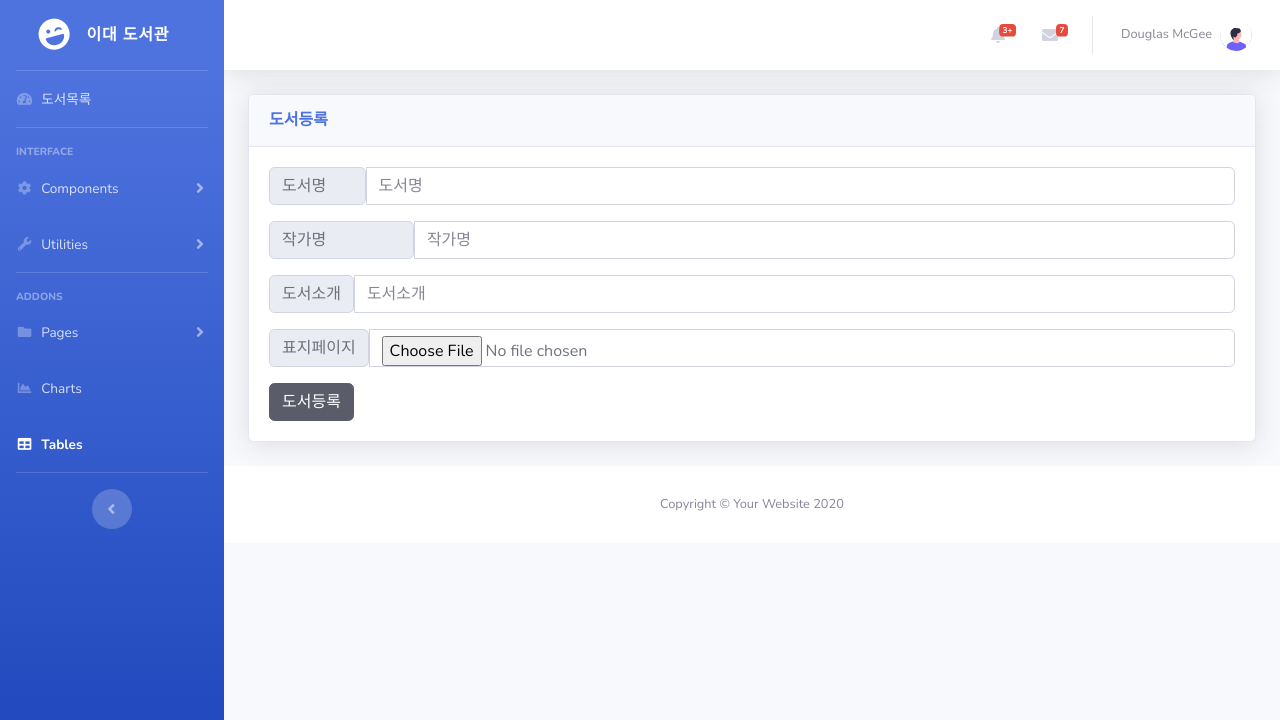
Repository: allely/spring
Page: http://localhost/jsp/book/reg.jsp
These files come from the project's save history. The page is drawn as it stood at one moment and after the next save; the edit follows.
The browser window is 1280 px wide. The pictures show the whole page.
The page is served by Tomcat 9. Other server files are loaded and not shown.

Above is the page before, as saved 2023-11-27 02:18:38.

### 2. 서블릿 & JSP/jsp/jsp/src/main/webapp/book/reg.jsp
<%@ page language="java" contentType="text/html; charset=UTF-8"
    pageEncoding="UTF-8"%>
<!DOCTYPE html>
<html>
<head>
<meta charset="UTF-8">
<title>Insert title here</title>
<style>
	.w-10{width: 10%}
	.w-15{width: 15%}
	.w-20{width: 20%}
</style>
</head>
<body>
<script type="text/javascript">
	window.onload = function(){
		// regBtn 요소에 이벤트를 추가한다. (아이디로 접근하는 방법)
		regBtn.addEventListener('click', function(){
			// form요소의 이름으로 접근하여 폼을 전송한다.(새로운 페이지 요청)
			regForm.submit();
		});
	}
</script>
	<!-- 도서 등록 화면 -->
	<%@include file="/header.jsp" %>

	<!-- 메인컨텐츠 영역 시작-->
	<div class="container-fluid">
			<div class="card shadow mb-4">

				<div class="card-header py-3">
					<h6 class="m-0 font-weight-bold text-primary">도서등록</h6>
				</div>

				<div class="card-body">
				<!-- 폼등록 -->
				<form action="/book/bookRegProcess" name="regForm" method="post">
					<div class="input-group mb-3">
						<span class="w-10 input-group-text" id="basic-addon1">도서명</span>
						<input type="text" class="form-control" placeholder="도서명" name="title" aria-label="Username" aria-describedby="basic-addon1">
					</div>

					<div class="input-group mb-3">
						<span class="w-15 input-group-text" id="basic-addon1">작가명</span>
						<input type="text" class="form-control" placeholder="작가명" name="author" aria-label="Username" aria-describedby="basic-addon1">
					</div>

					<div class="input-group mb-3">
						<span class="w- 20 input-group-text" id="basic-addon1">도서소개</span>
						<input type="text" class="form-control" placeholder="도서소개" name="content" aria-label="Username" aria-describedby="basic-addon1">
					</div>

					<div class="input-group mb-3">
						<span class="input-group-text" id="basic-addon1">표지페이지</span>
						 <input type="file" class="form-control" id="inputGroupFile01" name="imgFile">
					</div>

					<button type="button" class="btn btn-dark" id="regBtn">도서등록</button>
				</form>
				</div>

			</div>
	</div>
	<%@include file="/footer.jsp" %>
</body>
</html>

### 2. 서블릿 & JSP/jsp/jsp/src/main/webapp/header.jsp
<%@ page language="java" contentType="text/html; charset=UTF-8"
	pageEncoding="UTF-8"%>
<!DOCTYPE html>
<html>
<head>

<meta charset="utf-8">
<meta http-equiv="X-UA-Compatible" content="IE=edge">
<meta name="viewport"
	content="width=device-width, initial-scale=1, shrink-to-fit=no">
<meta name="description" content="">
<meta name="author" content="">

<title>SB Admin 2 - Tables</title>

<!-- Custom fonts for this template -->
<link href="../vendor/fontawesome-free/css/all.min.css" rel="stylesheet"
	type="text/css">
<link
	href="https://fonts.googleapis.com/css?family=Nunito:200,200i,300,300i,400,400i,600,600i,700,700i,800,800i,900,900i"
	rel="stylesheet">

<!-- Custom styles for this template -->
<link href="/css/sb-admin-2.min.css" rel="stylesheet">

<!-- Custom styles for this page -->
<link href="/vendor/datatables/dataTables.bootstrap4.min.css"
	rel="stylesheet">

</head>

<body id="page-top">

	<!-- Page Wrapper -->
	<div id="wrapper">

		<!-- Sidebar -->
		<ul
			class="navbar-nav bg-gradient-primary sidebar sidebar-dark accordion"
			id="accordionSidebar">

			<!-- Sidebar - Brand -->
			<a
				class="sidebar-brand d-flex align-items-center justify-content-center"
				href="index.html">
				<div class="sidebar-brand-icon rotate-n-15">
					<i class="fas fa-laugh-wink"></i>
				</div>
				<div class="sidebar-brand-text mx-3">
					이대 도서관</sup>
				</div>
			</a>

			<!-- Divider -->
			<hr class="sidebar-divider my-0">

			<!-- Nav Item - Dashboard -->
			<li class="nav-item"><a class="nav-link" href="index.html">
					<i class="fas fa-fw fa-tachometer-alt"></i> <span>도서목록</span>
			</a></li>

			<!-- Divider -->
			<hr class="sidebar-divider">

			<!-- Heading -->
			<div class="sidebar-heading">Interface</div>

			<!-- Nav Item - Pages Collapse Menu -->
			<li class="nav-item"><a class="nav-link collapsed" href="#"
				data-toggle="collapse" data-target="#collapseTwo"
				aria-expanded="true" aria-controls="collapseTwo"> <i
					class="fas fa-fw fa-cog"></i> <span>Components</span>
			</a>
				<div id="collapseTwo" class="collapse" aria-labelledby="headingTwo"
					data-parent="#accordionSidebar">
					<div class="bg-white py-2 collapse-inner rounded">
						<h6 class="collapse-header">Custom Components:</h6>
						<a class="collapse-item" href="buttons.html">Buttons</a> <a
							class="collapse-item" href="cards.html">Cards</a>
					</div>
				</div></li>

			<!-- Nav Item - Utilities Collapse Menu -->
			<li class="nav-item"><a class="nav-link collapsed" href="#"
				data-toggle="collapse" data-target="#collapseUtilities"
				aria-expanded="true" aria-controls="collapseUtilities"> <i
					class="fas fa-fw fa-wrench"></i> <span>Utilities</span>
			</a>
				<div id="collapseUtilities" class="collapse"
					aria-labelledby="headingUtilities" data-parent="#accordionSidebar">
					<div class="bg-white py-2 collapse-inner rounded">
						<h6 class="collapse-header">Custom Utilities:</h6>
						<a class="collapse-item" href="utilities-color.html">Colors</a> <a
							class="collapse-item" href="utilities-border.html">Borders</a> <a
							class="collapse-item" href="utilities-animation.html">Animations</a>
						<a class="collapse-item" href="utilities-other.html">Other</a>
					</div>
				</div></li>

			<!-- Divider -->
			<hr class="sidebar-divider">

			<!-- Heading -->
			<div class="sidebar-heading">Addons</div>

			<!-- Nav Item - Pages Collapse Menu -->
			<li class="nav-item"><a class="nav-link collapsed" href="#"
				data-toggle="collapse" data-target="#collapsePages"
				aria-expanded="true" aria-controls="collapsePages"> <i
					class="fas fa-fw fa-folder"></i> <span>Pages</span>
			</a>
				<div id="collapsePages" class="collapse"
					aria-labelledby="headingPages" data-parent="#accordionSidebar">
					<div class="bg-white py-2 collapse-inner rounded">
						<h6 class="collapse-header">Login Screens:</h6>
						<a class="collapse-item" href="login.html">Login</a> <a
							class="collapse-item" href="register.html">Register</a> <a
							class="collapse-item" href="forgot-password.html">Forgot
							Password</a>
						<div class="collapse-divider"></div>
						<h6 class="collapse-header">Other Pages:</h6>
						<a class="collapse-item" href="404.html">404 Page</a> <a
							class="collapse-item" href="blank.html">Blank Page</a>
					</div>
				</div></li>

			<!-- Nav Item - Charts -->
			<li class="nav-item"><a class="nav-link" href="charts.html">
					<i class="fas fa-fw fa-chart-area"></i> <span>Charts</span>
			</a></li>

			<!-- Nav Item - Tables -->
			<li class="nav-item active"><a class="nav-link"
				href="tables.html"> <i class="fas fa-fw fa-table"></i> <span>Tables</span></a>
			</li>

			<!-- Divider -->
			<hr class="sidebar-divider d-none d-md-block">

			<!-- Sidebar Toggler (Sidebar) -->
			<div class="text-center d-none d-md-inline">
				<button class="rounded-circle border-0" id="sidebarToggle"></button>
			</div>

		</ul>
		<!-- End of Sidebar -->

		<!-- Content Wrapper -->
		<div id="content-wrapper" class="d-flex flex-column">

			<!-- Main Content -->
			<div id="content">

				<!-- Topbar -->
				<nav
					class="navbar navbar-expand navbar-light bg-white topbar mb-4 static-top shadow">

					<!-- Sidebar Toggle (Topbar) -->
					<form class="form-inline">
						<button id="sidebarToggleTop"
							class="btn btn-link d-md-none rounded-circle mr-3">
							<i class="fa fa-bars"></i>
						</button>
					</form>




					<!-- Topbar Navbar -->
					<ul class="navbar-nav ml-auto">

						<!-- Nav Item - Search Dropdown (Visible Only XS) -->
						<li class="nav-item dropdown no-arrow d-sm-none"><a
							class="nav-link dropdown-toggle" href="#" id="searchDropdown"
							role="button" data-toggle="dropdown" aria-haspopup="true"
							aria-expanded="false"> <i class="fas fa-search fa-fw"></i>
						</a> <!-- Dropdown - Messages -->
							<div
								class="dropdown-menu dropdown-menu-right p-3 shadow animated--grow-in"
								aria-labelledby="searchDropdown">
								<form class="form-inline mr-auto w-100 navbar-search">
									<div class="input-group">
										<input type="text"
											class="form-control bg-light border-0 small"
											placeholder="Search for..." aria-label="Search"
											aria-describedby="basic-addon2">
										<div class="input-group-append">
											<button class="btn btn-primary" type="button">
												<i class="fas fa-search fa-sm"></i>
											</button>
										</div>
									</div>
								</form>
							</div></li>


						<!-- Nav Item - Alerts -->
						<li class="nav-item dropdown no-arrow mx-1"><a
							class="nav-link dropdown-toggle" href="#" id="alertsDropdown"
							role="button" data-toggle="dropdown" aria-haspopup="true"
							aria-expanded="false"> <i class="fas fa-bell fa-fw"></i> <!-- Counter - Alerts -->
								<span class="badge badge-danger badge-counter">3+</span>
						</a> <!-- Dropdown - Alerts -->
							<div
								class="dropdown-list dropdown-menu dropdown-menu-right shadow animated--grow-in"
								aria-labelledby="alertsDropdown">
								<h6 class="dropdown-header">Alerts Center</h6>
								<a class="dropdown-item d-flex align-items-center" href="#">
									<div class="mr-3">
										<div class="icon-circle bg-primary">
											<i class="fas fa-file-alt text-white"></i>
										</div>
									</div>
									<div>
										<div class="small text-gray-500">December 12, 2019</div>
										<span class="font-weight-bold">A new monthly report is
											ready to download!</span>
									</div>
								</a> <a class="dropdown-item d-flex align-items-center" href="#">
									<div class="mr-3">
										<div class="icon-circle bg-success">
											<i class="fas fa-donate text-white"></i>
										</div>
									</div>
									<div>
										<div class="small text-gray-500">December 7, 2019</div>
										$290.29 has been deposited into your account!
									</div>
								</a> <a class="dropdown-item d-flex align-items-center" href="#">
									<div class="mr-3">
										<div class="icon-circle bg-warning">
											<i class="fas fa-exclamation-triangle text-white"></i>
										</div>
									</div>
									<div>
										<div class="small text-gray-500">December 2, 2019</div>
										Spending Alert: We've noticed unusually high spending for your
										account.
									</div>
								</a> <a class="dropdown-item text-center small text-gray-500"
									href="#">Show All Alerts</a>
							</div></li>

						<!-- Nav Item - Messages -->
						<li class="nav-item dropdown no-arrow mx-1"><a
							class="nav-link dropdown-toggle" href="#" id="messagesDropdown"
							role="button" data-toggle="dropdown" aria-haspopup="true"
							aria-expanded="false"> <i class="fas fa-envelope fa-fw"></i>
								<!-- Counter - Messages --> <span
								class="badge badge-danger badge-counter">7</span>
						</a> <!-- Dropdown - Messages -->
							<div
								class="dropdown-list dropdown-menu dropdown-menu-right shadow animated--grow-in"
								aria-labelledby="messagesDropdown">
								<h6 class="dropdown-header">Message Center</h6>
								<a class="dropdown-item d-flex align-items-center" href="#">
									<div class="dropdown-list-image mr-3">
										<img class="rounded-circle" src="img/undraw_profile_1.svg"
											alt="...">
										<div class="status-indicator bg-success"></div>
									</div>
									<div class="font-weight-bold">
										<div class="text-truncate">Hi there! I am wondering if
											you can help me with a problem I've been having.</div>
										<div class="small text-gray-500">Emily Fowler · 58m</div>
									</div>
								</a> <a class="dropdown-item d-flex align-items-center" href="#">
									<div class="dropdown-list-image mr-3">
										<img class="rounded-circle" src="img/undraw_profile_2.svg"
											alt="...">
										<div class="status-indicator"></div>
									</div>
									<div>
										<div class="text-truncate">I have the photos that you
											ordered last month, how would you like them sent to you?</div>
										<div class="small text-gray-500">Jae Chun · 1d</div>
									</div>
								</a> <a class="dropdown-item d-flex align-items-center" href="#">
									<div class="dropdown-list-image mr-3">
										<img class="rounded-circle" src="img/undraw_profile_3.svg"
											alt="...">
										<div class="status-indicator bg-warning"></div>
									</div>
									<div>
										<div class="text-truncate">Last month's report looks
											great, I am very happy with the progress so far, keep up the
											good work!</div>
										<div class="small text-gray-500">Morgan Alvarez · 2d</div>
									</div>
								</a> <a class="dropdown-item d-flex align-items-center" href="#">
									<div class="dropdown-list-image mr-3">
										<img class="rounded-circle"
											src="https://source.unsplash.com/Mv9hjnEUHR4/60x60" alt="...">
										<div class="status-indicator bg-success"></div>
									</div>
									<div>
										<div class="text-truncate">Am I a good boy? The reason I
											ask is because someone told me that people say this to all
											dogs, even if they aren't good...</div>
										<div class="small text-gray-500">Chicken the Dog · 2w</div>
									</div>
								</a> <a class="dropdown-item text-center small text-gray-500"
									href="#">Read More Messages</a>
							</div></li>

						<div class="topbar-divider d-none d-sm-block"></div>

						<!-- Nav Item - User Information -->
						<li class="nav-item dropdown no-arrow"><a
							class="nav-link dropdown-toggle" href="#" id="userDropdown"
							role="button" data-toggle="dropdown" aria-haspopup="true"
							aria-expanded="false"> <span
								class="mr-2 d-none d-lg-inline text-gray-600 small">Douglas
									McGee</span> <img class="img-profile rounded-circle"
								src="img/undraw_profile.svg">
						</a> <!-- Dropdown - User Information -->
							<div
								class="dropdown-menu dropdown-menu-right shadow animated--grow-in"
								aria-labelledby="userDropdown">
								<a class="dropdown-item" href="#"> <i
									class="fas fa-user fa-sm fa-fw mr-2 text-gray-400"></i> Profile
								</a> <a class="dropdown-item" href="#"> <i
									class="fas fa-cogs fa-sm fa-fw mr-2 text-gray-400"></i>
									Settings
								</a> <a class="dropdown-item" href="#"> <i
									class="fas fa-list fa-sm fa-fw mr-2 text-gray-400"></i>
									Activity Log
								</a>
								<div class="dropdown-divider"></div>
								<a class="dropdown-item" href="#" data-toggle="modal"
									data-target="#logoutModal"> <i
									class="fas fa-sign-out-alt fa-sm fa-fw mr-2 text-gray-400"></i>
									Logout
								</a>
							</div></li>

					</ul>

				</nav>
				<!-- End of Topbar -->
</body>
</html>

### 2. 서블릿 & JSP/jsp/jsp/src/main/webapp/footer.jsp
<%@ page language="java" contentType="text/html; charset=UTF-8"
    pageEncoding="UTF-8"%>
<!DOCTYPE html>
<html>
<head>
<meta charset="UTF-8">
<title>Insert title here</title>
</head>
<body>
<div>
<div>

 <!-- Footer -->
            <footer class="sticky-footer bg-white">
                <div class="container my-auto">
                    <div class="copyright text-center my-auto">
                        <span>Copyright &copy; Your Website 2020</span>
                    </div>
                </div>
            </footer>
            <!-- End of Footer -->

        </div>
        <!-- End of Content Wrapper -->

    </div>
    <!-- End of Page Wrapper -->

    <!-- Scroll to Top Button-->
    <a class="scroll-to-top rounded" href="#page-top">
        <i class="fas fa-angle-up"></i>
    </a>

    <!-- Logout Modal-->
    <div class="modal fade" id="logoutModal" tabindex="-1" role="dialog" aria-labelledby="exampleModalLabel"
        aria-hidden="true">
        <div class="modal-dialog" role="document">
            <div class="modal-content">
                <div class="modal-header">
                    <h5 class="modal-title" id="exampleModalLabel">Ready to Leave?</h5>
                    <button class="close" type="button" data-dismiss="modal" aria-label="Close">
                        <span aria-hidden="true">×</span>
                    </button>
                </div>
                <div class="modal-body">Select "Logout" below if you are ready to end your current session.</div>
                <div class="modal-footer">
                    <button class="btn btn-secondary" type="button" data-dismiss="modal">Cancel</button>
                    <a class="btn btn-primary" href="login.html">Logout</a>
                </div>
            </div>
        </div>
    </div>

    <!-- Bootstrap core JavaScript-->
    <script src="/vendor/jquery/jquery.min.js"></script>
    <script src="/vendor/bootstrap/js/bootstrap.bundle.min.js"></script>

    <!-- Core plugin JavaScript-->
    <script src="/vendor/jquery-easing/jquery.easing.min.js"></script>

    <!-- Custom scripts for all pages-->
    <script src="js/sb-admin-2.min.js"></script>

    <!-- Page level plugins -->
    <script src="/vendor/datatables/jquery.dataTables.min.js"></script>
    <script src="/vendor/datatables/dataTables.bootstrap4.min.js"></script>

    <!-- Page level custom scripts -->
    <script src="js/demo/datatables-demo.js"></script>

</body>
</html>

### 2. 서블릿 & JSP/jsp/jsp/src/main/webapp/img/undraw_profile.svg
<svg xmlns="http://www.w3.org/2000/svg" width="532" height="532" viewBox="0 0 532 532" xmlns:xlink="http://www.w3.org/1999/xlink"><circle cx="270.75986" cy="260.93427" r="86.34897" fill="#ffb6b6"/><polygon points="221.18982 360.05209 217.28876 320.6185 295.18982 306.05209 341.18982 418.05209 261.18982 510.05209 204.18982 398.05209 221.18982 360.05209" fill="#ffb6b6"/><path d="m216.0374,340.35736l17.03111,3.84802s-13.38821-42.45453-8.84396-46.50766c4.54427-4.05316,15.68007,2.33328,15.68007,2.33328l11.70201,13.1199,14.25394-14.51239s15.47495-19.2421,21.53397-24.6463-3.67319-25.46364-3.67319-25.46364c0,0,89.89185-24.23923,56.44299-67.83968,0,0-19.61093-34.18452-25.99734-23.04871-6.38641,11.1358-14.00162-6.55013-14.00162-6.55013l-23.25381,4.42198s-45.89429-27.06042-89.45331,30.82959c-43.55902,57.89003,28.57916,154.01572,28.57916,154.01572h-.00002Z" fill="#2f2e41"/><path d="m433.16003,472.95001c-47.19,38.26001-105.57001,59.04999-167.16003,59.04999-56.23999,0-109.81-17.33997-154.62-49.47998.08002-.84003.16003-1.66998.23004-2.5,1.19-13,2.25-25.64001,2.94995-36.12,2.71002-40.69,97.64001-67.81,97.64001-67.81,0,0,.42999.42999,1.29004,1.17999,5.23999,4.59998,26.50995,21.27997,63.81,25.94,33.25995,4.15997,44.20996-15.57001,47.51996-25.02002,1-2.88,1.30005-4.81,1.30005-4.81l97.63995,46.10999c6.37,9.10004,8.86005,28.70001,9.35004,50.73004.01996.90997.03998,1.81.04999,2.72998Z" fill="#6c63ff"/><path d="m454.09003,77.91003C403.85004,27.66998,337.05005,0,266,0S128.15002,27.66998,77.91003,77.91003C27.67004,128.15002,0,194.95001,0,266c0,64.85004,23.05005,126.16003,65.29004,174.57001,4.02997,4.63,8.23999,9.14001,12.62,13.52002,1.02997,1.02997,2.07001,2.06,3.12,3.06,2.79999,2.70996,5.65002,5.35999,8.54999,7.92999,1.76001,1.57001,3.54004,3.10999,5.34003,4.62,1.40997,1.19,2.82001,2.35999,4.25,3.51001.02997.02997.04999.04999.07996.07001,3.97003,3.19995,8.01001,6.27997,12.13,9.23999,44.81,32.14001,98.37999,49.47998,154.61998,49.47998,61.59003,0,119.97003-20.78998,167.16003-59.04999,3.84998-3.12,7.62-6.35999,11.32001-9.71002,3.26996-2.95996,6.46997-6.01001,9.60999-9.14996.98999-.98999,1.97998-1.98999,2.95001-3,2.70001-2.78003,5.32001-5.61005,7.88-8.48004,43.37-48.71997,67.07996-110.83997,67.07996-176.60999,0-71.04999-27.66998-137.84998-77.90997-188.08997Zm10.17999,362.20997c-2.5,2.84003-5.06,5.64001-7.67999,8.37-4.08002,4.25-8.28998,8.37-12.64001,12.34003-1.64996,1.52002-3.32001,3-5.01001,4.46997-1.91998,1.67004-3.85999,3.31-5.82996,4.92004-15.53003,12.75-32.54004,23.75-50.73004,32.70996-7.19,3.54999-14.56,6.78003-22.09998,9.67004-29.28998,11.23999-61.08002,17.39996-94.28003,17.39996-32.03998,0-62.75995-5.73999-91.19-16.23999-11.66998-4.29999-22.94995-9.40997-33.77997-15.26001-1.59003-.85999-3.16998-1.72998-4.73999-2.62-8.26001-4.67999-16.25-9.78998-23.91998-15.31-.25-.17999-.51001-.37-.76001-.54999-5.46002-3.94-10.77002-8.09003-15.90002-12.45001-1.88-1.59003-3.73999-3.20001-5.57001-4.84998-2.97998-2.65002-5.89996-5.38-8.75-8.18005-5.39996-5.28998-10.56-10.79999-15.48999-16.52997C26.09003,391.77002,2,331.65002,2,266,2,120.42999,120.43005,2,266,2s264,118.42999,264,264c0,66.66003-24.82996,127.62-65.72998,174.12Z" fill="#3f3d56"/></svg>

Loaded but not shown: 2. 서블릿 & JSP/jsp/jsp/src/main/webapp/css/sb-admin-2.min.css (library); 2. 서블릿 & JSP/jsp/jsp/src/main/webapp/js/sb-admin-2.min.js (common file); 2. 서블릿 & JSP/jsp/jsp/src/main/webapp/js/demo/datatables-demo.js (common file)

After the next save:
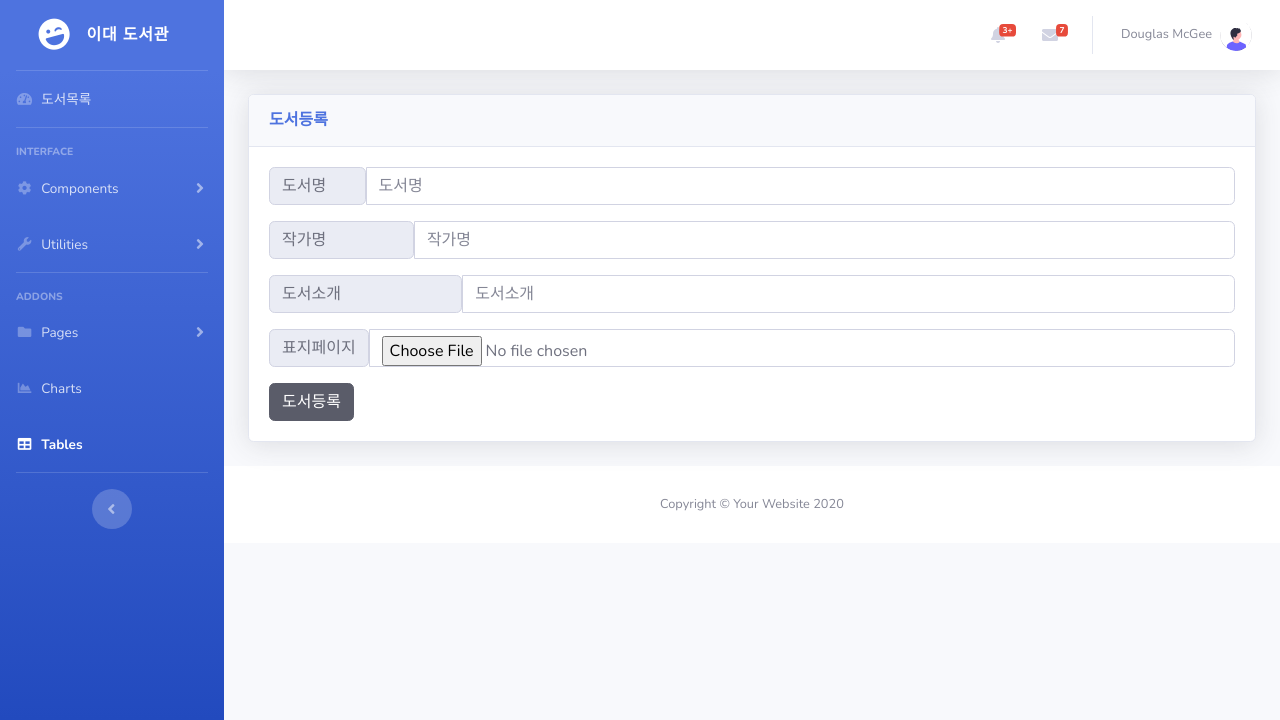
Saved 14 s later.
--- a/2. 서블릿 & JSP/jsp/jsp/src/main/webapp/book/reg.jsp
+++ b/2. 서블릿 & JSP/jsp/jsp/src/main/webapp/book/reg.jsp
@@ -46,7 +46,7 @@
 					</div>
 
 					<div class="input-group mb-3">
-						<span class="w- 20 input-group-text" id="basic-addon1">도서소개</span>
+						<span class="w-20 input-group-text" id="basic-addon1">도서소개</span>
 						<input type="text" class="form-control" placeholder="도서소개" name="content" aria-label="Username" aria-describedby="basic-addon1">
 					</div>
 
